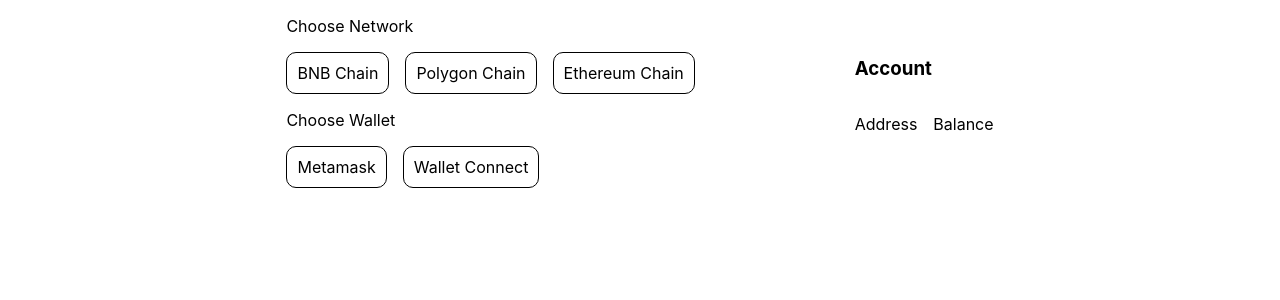
Repository: m-ahmadshaikh/Wallet-Connect
Page: /
An editor plug-in stored every save of this project. The page is shown before and after the next save, followed by the edit.
The browser window is 1280 px wide. The pictures show the whole page.
The project was rebuilt for these pictures with package versions that can differ from the ones it lists, and the page was loaded fresh each time.

Above is the page before, as saved 2023-01-19 18:10:51.

After the next save:
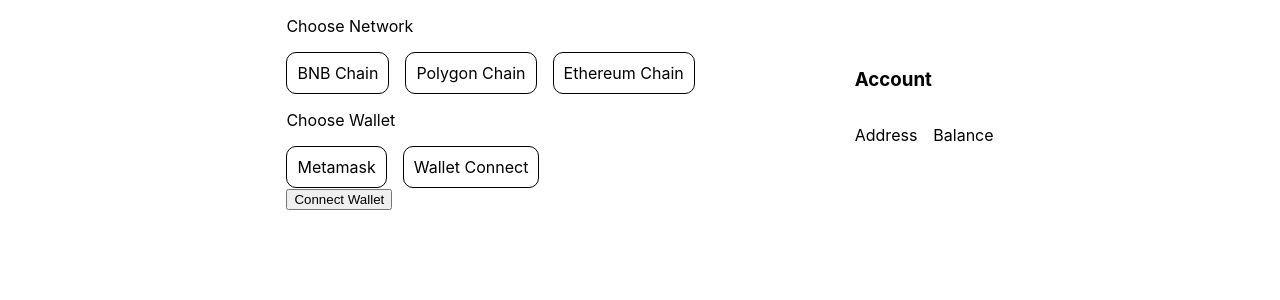
Saved 28 s later.
--- a/src/App.js
+++ b/src/App.js
@@ -27,6 +27,8 @@
       <Button text={'Metamask'}  active={selectedWallet === 'metamask'} onClick={()=>onWalletClick('metamask')}/>
       <Button text={'Wallet Connect'}  active={selectedWallet === 'wallet_connect'} onClick={()=>onWalletClick('wallet_connect')}/>
       </div>
+
+      <button>Connect Wallet</button>
       </div>
 
       <div>
